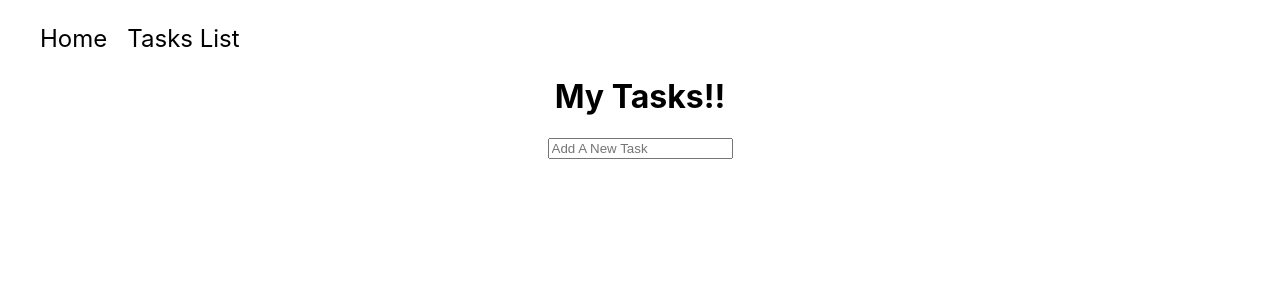
Repository: runner855/abstract_todolist
Page: /
The author's editor kept a copy of each file at every save. The page is drawn from the files as they stood at one save, then again after the next save.
The browser window is 1280 px wide. The pictures show the whole page.
The project was rebuilt for these pictures with package versions that can differ from the ones it lists, and the page was loaded fresh each time.

Above is the page before, as saved 2022-11-08 15:26:49.

After the next save:
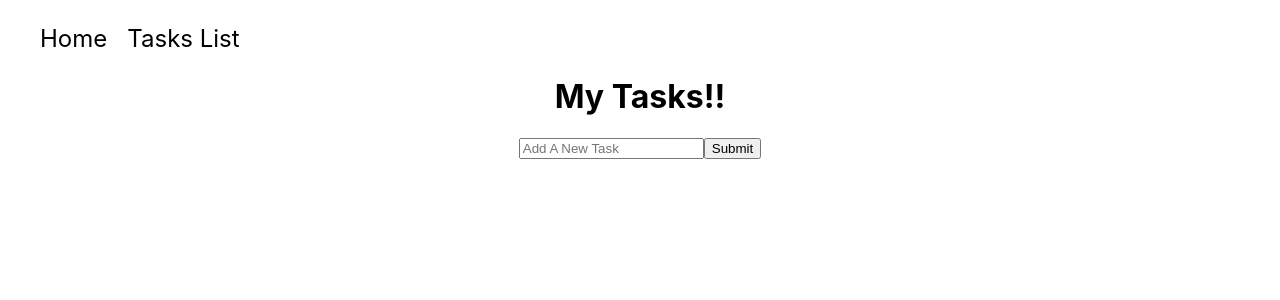
Saved 99 s later.
--- a/src/App.tsx
+++ b/src/App.tsx
@@ -8,6 +8,7 @@ export const App = () => {
       <Header />
       <h1>My Tasks!!</h1>
       <input type="text" placeholder="Add A New Task"></input>
+      <button>Submit</button>
     </div>
   );
 };
